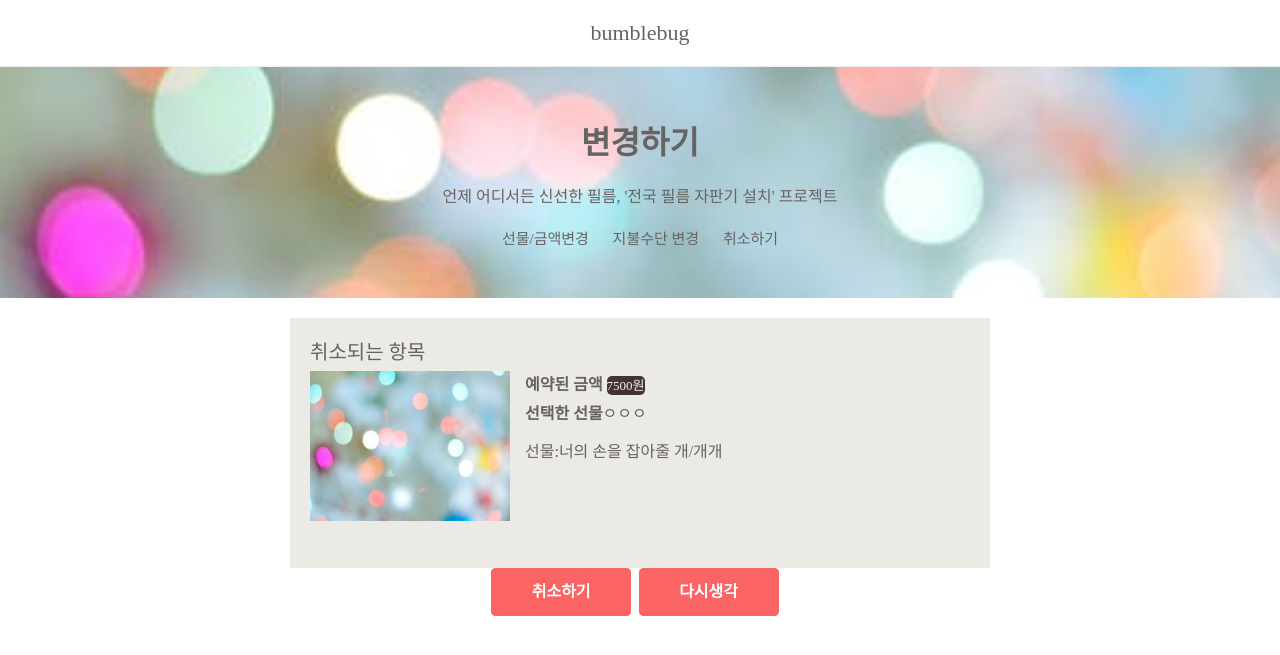
Repository: fepanbr/bumblbug
Page: http://localhost/WebProject/Mypage/changeItem_cancel.jsp
These files come from the project's save history. The page is drawn as it stood at one moment and after the next save; the edit follows.
The browser window is 1280 px wide. The pictures show the whole page.
The page is served by Tomcat 9. Other server files are loaded and not shown.

Above is the page before, as saved 2019-06-01 12:31:13.

### WebProject/WebContent/Mypage/changeItem_cancel.jsp

<%@ page language="java" contentType="text/html; charset=UTF-8"
    pageEncoding="UTF-8"%>
<!DOCTYPE html>
<html lang="ko">

<head>
    <meta charset="UTF-8">
    <title>jQuery Style</title>
    <script src="https://code.jquery.com/jquery-1.12.4.min.js"></script>




    <style>
        * {
            padding: 0;
            margin: 0;
            box-sizing: border-box;
            color: #676363;

        }

        ul {
            color: #676363;
            font-size: 15px;
            list-style: none;

        }

        li {
            display: inline-block;
        }

        body {
            overflow-x: hidden;
            min-height: 100%;
            height: auto;
        }

        .header {
            width: 100%;
            background-color: #fff;
            border-bottom: 1px solid #efefef;

        }

        .header-title {

            font-size: 22px;
            text-align: center;

            padding: 20px;

        }

        .scanline {
            width: 100%;

            position: relative;
            background: #fafafa
        }

        .b-align {
            text-align: center;
            padding: 50px;
            background-repeat: no-repeat;
            background-position: 50%;
            background-size: cover;

        }

        .b-menu-item {
            padding: 10px;
            text-decoration: none;

        }

        .dek {
            margin-top: 20px;
            margin-bottom: 20px;
        }

        .b-container-wrap {
            padding-top: 20px;
            position: relative;
        }

        .b-container {
            width: 700px;
            margin: 0 auto;
        }

        .cancel-box {
            color: #676363;
            line-height: 28px;
            position: relative;
            background-color: #ebeae5;
            padding: 20px;
            height: 250px;

        }

        .cancel-box-head {
            font-size: 20px;
            margin-bottom: 5px;
        }

        .cancel-box-img {
            float: left;
            margin-right: 15px;
        }

        .cancel-box-content {
            float: left;
            width: 65%;
            height: 150px;



        }

        .cancel-box-price {
            background-color: #433;
            color: #f4f3f3;
            font-size: 13px;
            padding-top: 2px;
            padding-bottom: 2px;
            border-radius: 5px;

        }

        .cancel-box-footer {
            text-align: center;
        }
        .cancel-button{
            cursor: pointer;
            display: inline-block;
            min-height: 1em;
            outline: none;
            border: none;
            vertical-align: baseline;
            box-shadow: 0px 0px 0px 1px transparent inset, 0px 0em 0px 0px rgba(0, 0, 0, 0.1) inset;
            -webkit-user-select: none;
            -moz-user-select: none;
            -ms-user-select: none;
            user-select: none;
            -webkit-transition: opacity 0.1s ease, background-color 0.1s ease, color 0.1s ease, box-shadow 0.1s ease, background 0.1s ease;
            transition: opacity 0.1s ease, background-color 0.1s ease, color 0.1s ease, box-shadow 0.1s ease, background 0.1s ease;
            -webkit-tap-highlight-color: transparent;
            margin: 0 .25em 0 0;
            border-radius: 0.28571429rem;
            text-transform: none;
            text-shadow: none;
            font-weight: bold;
            line-height: 1em;
            font-style: normal;
            text-align: center;
            -webkit-text-decoration: none;
            text-decoration: none;
            color: rgba(0, 0, 0, .6);
            background-color: #e7e7e7;
            background-color: #fa6462;
            color: #fff;
            padding: 1em 1.5em;
            font-size: 1em;
            width: 20%;
            opacity: 1;
        }

        .cancel-button {
            margin: 0 .42857143em 0 -.21428571em;
        }

        .cancel-button:hover,
        .cancel-button:focus,
        .cancel-button:active {
            background-color: #d9d9d9;
            color: rgba(0, 0, 0, 8);
        }

        .cancel-button:hover,
        .cancel-button:focus,
        .cancel-button:active {
            background-color: #ff4543;
            color: #fff;
        }
    </style>
    <script>


        $(function () {

        });


    </script>
</head>

<body>
    <div class="header">
        <div class="header-title">bumblebug</div>
    </div>

    <div class="scanline">
        <div class="b-align" style="background-image: url(images/background.jpeg)">
            <h1>변경하기</h1>
            <p class="dek">
                언제 어디서든 신선한 필름, '전국 필름 자판기 설치' 프로젝트
            </p>
            <ul>
                <li>
                    <a href="changeItem.jsp" class="b-menu-item"> 선물/금액변경</a>
                </li>
                <li>
                    <a href="Mypage_payment.jsp" class="b-menu-item">지불수단 변경</a>
                </li>
                <li>
                    <form name="delFrm" method="post" action="delete.jsp">
                        <a href="#" class="b-menu-item">취소하기</a>
                    </form>
                </li>
            </ul>

        </div>
    </div>
    <div class="b-container-wrap">
        <div class="b-container">

            <div class="cancel-box">
                <div class="cancel-box-head">
                    취소되는 항목
                </div>
                <div>
                    <div class="cancel-box-img">
                        <img style="width:200px; height:150px;" src="images/background.jpeg">
                    </div>
                    <div class="cancel-box-content">
                        <strong>예약된 금액</strong>
                        <span class="cancel-box-price">7500원</span>
                        <div style="padding-bottom: 10px;"><strong>선택한 선물</strong>ㅇㅇㅇ</div>
                        <div>선물:너의 손을 잡아줄 개/개개</div>
                    </div>

                </div>
            </div>
            <div class="cancel-box-footer">
                <input class="cancel-button" type="submit" value="취소하기">
                <input class="cancel-button" type="submit" value="다시생각">


            </div>


        </div>


    </div>




</body>

</html>

After the next save:
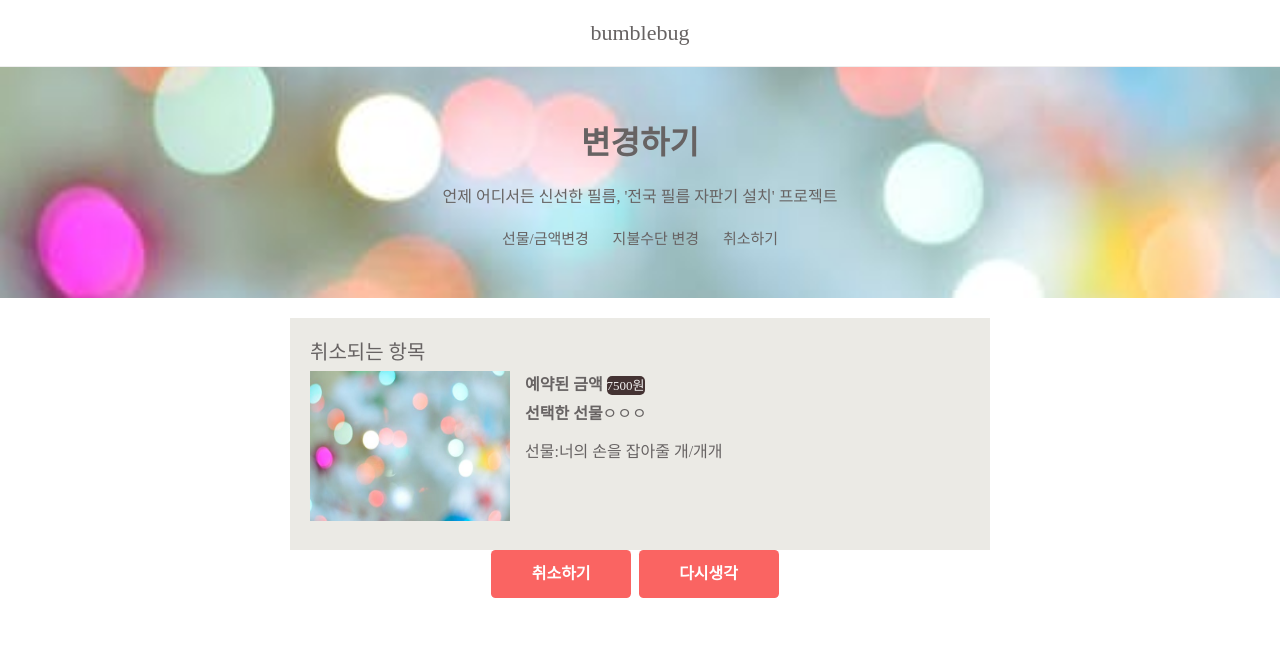
Saved 4 min 59 s later.
--- a/WebProject/WebContent/Mypage/changeItem_cancel.jsp
+++ b/WebProject/WebContent/Mypage/changeItem_cancel.jsp
@@ -97,7 +97,7 @@
             position: relative;
             background-color: #ebeae5;
             padding: 20px;
-            height: 250px;
+
 
         }
 
@@ -105,14 +105,17 @@
             font-size: 20px;
             margin-bottom: 5px;
         }
+        .cancel-box-mid{
+            display: flex;
+        }
 
         .cancel-box-img {
-            float: left;
+
             margin-right: 15px;
         }
 
         .cancel-box-content {
-            float: left;
+            width:50%;
             width: 65%;
             height: 150px;
 
@@ -231,7 +234,7 @@
                 <div class="cancel-box-head">
                     취소되는 항목
                 </div>
-                <div>
+                <div class="cancel-box-mid">
                     <div class="cancel-box-img">
                         <img style="width:200px; height:150px;" src="images/background.jpeg">
                     </div>
@@ -262,4 +265,4 @@
 
 </body>
 
-</html>
+</html></html>
